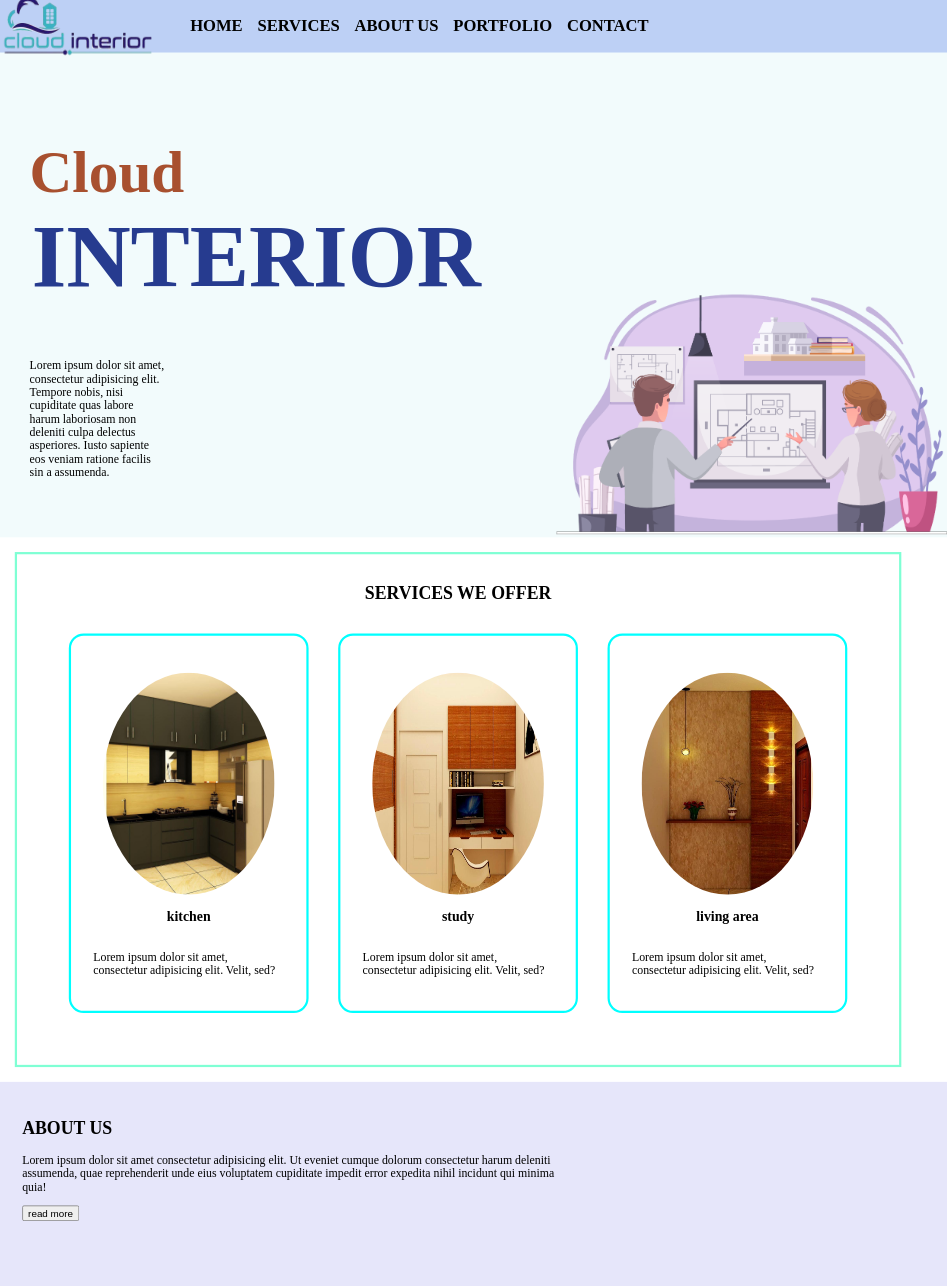
Repository: Ganavid/ganavidgowda.github.io
Page: cloud interior/‌index.html
These files come from the project's save history. The page is drawn as it stood at one moment and after the next save; the edit follows.
The browser window is 1280 px wide. The pictures show the whole page, at 74% of full size.

Above is the page before, as saved 2023-03-04 01:19:53.

After the next save:
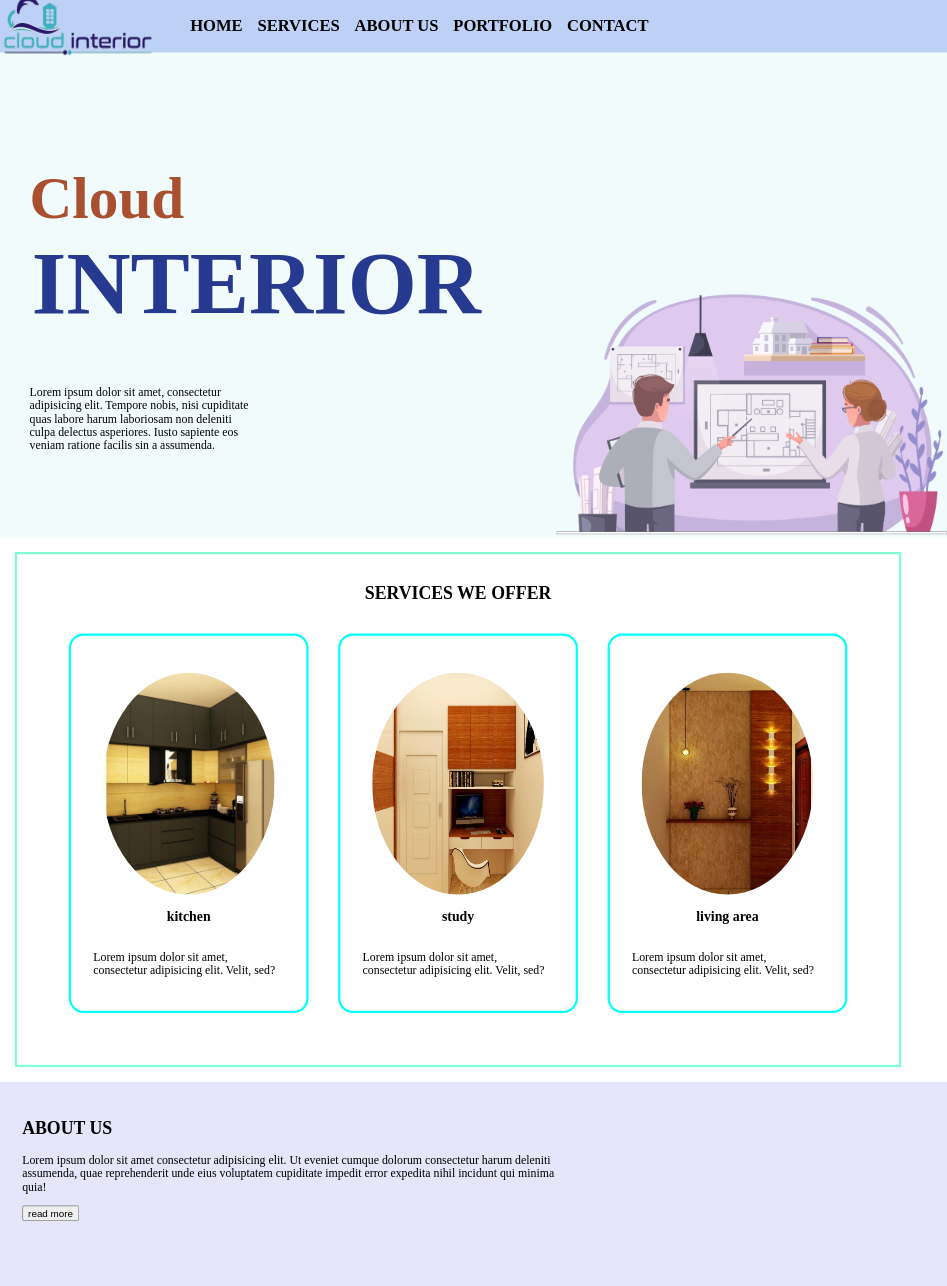
Saved 6 s later.
--- a/cloud interior/interial.css
+++ b/cloud interior/interial.css
@@ -86,7 +86,7 @@ nav{
 }
 
 #subcontent p{
-    max-width: 30%;
+    max-width: 50%;
 }
 
 #subcntimg{
